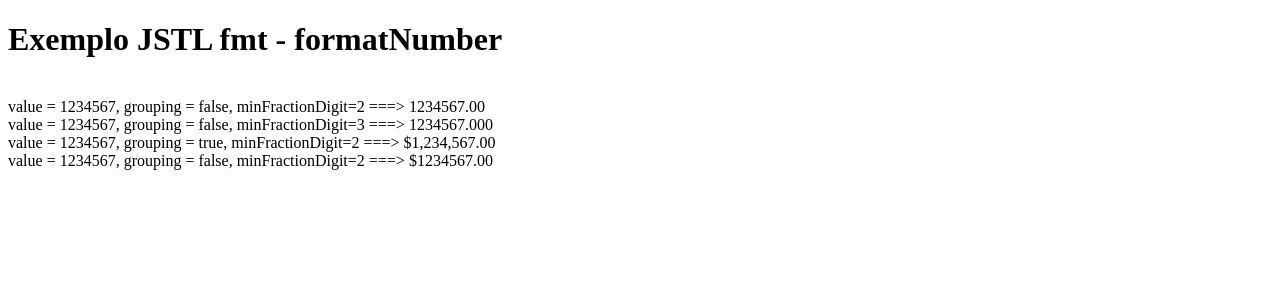
Repository: GabrielGGhost/EstudoJavaAW1-AW2
Page: http://localhost/estudos11/jsp/formatNumber.jsp
An editor plug-in stored every save of this project. The page is shown before and after the next save, followed by the edit.
The browser window is 1280 px wide. The pictures show the whole page.
The page is served by Tomcat 9.

Above is the page before, as saved 2020-10-23 21:40:42.

### estudos11/WebContent/jsp/formatNumber.jsp
<%@ page language="java" contentType="text/html; charset=ISO-8859-1"
    pageEncoding="ISO-8859-1"%>

<%@taglib uri="http://java.sun.com/jsp/jstl/fmt" prefix="fmt" %>
<!DOCTYPE html PUBLIC "-//W3C//DTD HTML 4.01 Transitional//EN" "http://www.w3.org/TR/html4/loose.dtd">
<html>
<head>
<meta http-equiv="Content-Type" content="text/html; charset=ISO-8859-1">
<title>Format Number</title>
</head>
<body>
	<h1>Exemplo JSTL fmt - formatNumber</h1>

	<br>
	value = 1234567, grouping = false, minFractionDigit=2 ===>
	<fmt:formatNumber value="1234567" groupingUsed="false" minFractionDigits="2"/>

		<br>
	value = 1234567, grouping = false, minFractionDigit=3 ===>
	<fmt:formatNumber value="1234567" groupingUsed="false" minFractionDigits="3"/>

		<br>
	value = 1234567, grouping = true, minFractionDigit=2 ===>
	<fmt:formatNumber value="1234567" type="currency" groupingUsed="true" minFractionDigits="2"/>

		<br>
	value = 1234567, grouping = false, minFractionDigit=2 ===>
	<fmt:formatNumber value="1234567" type="currency" groupingUsed="false" minFractionDigits="2"/>
</body>
</html>

After the next save:
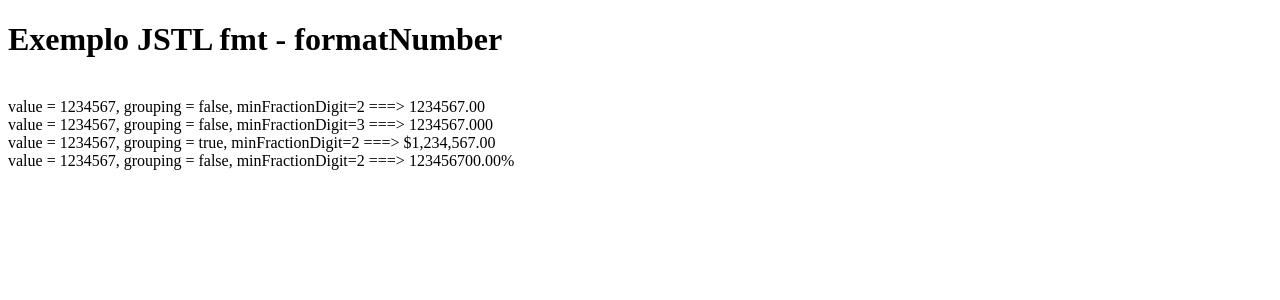
Saved 32 s later.
--- a/estudos11/WebContent/jsp/formatNumber.jsp
+++ b/estudos11/WebContent/jsp/formatNumber.jsp
@@ -25,6 +25,6 @@
 
 		<br>
 	value = 1234567, grouping = false, minFractionDigit=2 ===>
-	<fmt:formatNumber value="1234567" type="currency" groupingUsed="false" minFractionDigits="2"/>
+	<fmt:formatNumber value="1234567" type="percent" groupingUsed="false" minFractionDigits="2"/>
 </body>
 </html>
